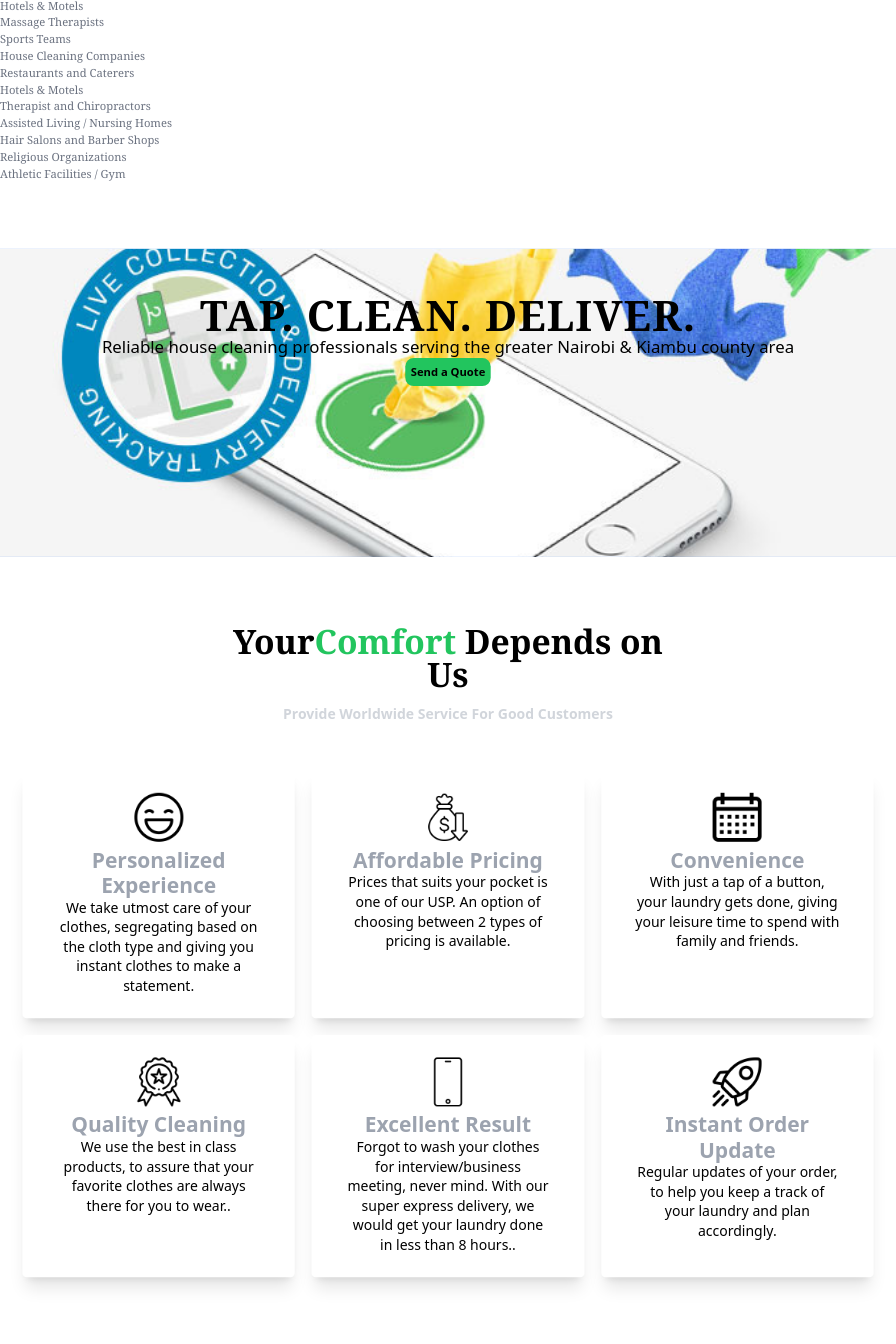
Repository: remydev47/smartlaundry
Page: /
These files come from the project's save history. The page is drawn as it stood at one moment and after the next save; the edit follows.
The browser window is 1280 px wide. The pictures show the part of the page from y = 4002 to 5922 px (the page is 5922 px tall), at 70% of full size.
The project was rebuilt for these pictures with package versions that can differ from the ones it lists, and the page was loaded fresh each time. The framework's server and built-in components were replaced by stand-ins that run in the browser. Also part of the build but not shown: next.config.js, components/Prices.tsx, components/Testimonial.tsx, components/Pricing.tsx, components/Footer.tsx.

Above is the page before, as saved 2022-10-24 16:49:40.

### pages/_app.tsx
import '../styles/globals.css'
import type { AppProps } from 'next/app'
import Header from '../components/Header'
import Logo from '../components/Logo'

function MyApp({ Component, pageProps }: AppProps) {
  return (
    <>

     <Header />
     <Component {...pageProps} />
    </>
  )
}

export default MyApp

### pages/index.tsx
import type { NextPage } from 'next'
import Head from 'next/head'
import Image from 'next/image'
import { Banner, Commercial, Hero, Reasons, Services, Steps } from '../components'

const Home: NextPage = () => {
  return (
    <div>
      <Head>
        <title>Smart Laundry</title>
        <link rel="icon" href="/favicon.ico" />
      </Head>
      <Hero />
      <Services />
      <Steps />
      <Commercial />
      <Banner/>
      <Reasons />

    </div>
  )
}

export default Home

### components/Header.tsx
import React from 'react';
import { navLinks } from '../constants';
import Menupopover from './Menupopover';
import Image from 'next/image';
import Logo from './Logo';

const Header = () => {
  return (
    <header className="fixed inset-x-0 bg-[#4054B2] z-20 flex justify-between items-center py-2 px-2 shadow-lg dark:bg-slate-900 sm:py-3 sm:px-8">
            <div className='flex grow-0 basis-1/3 md:hidden'>
                <Menupopover />
            </div>

             <div className='flex grow-0 justify-center md:justify-start'>
                <Logo />

            </div>


            <ul className="list-none sm:flex hidden justify-center items-center flex-1">
            {navLinks.map((nav, index) => (
                <li
                key={nav.id}
                className={`font-serif font-bold cursor-pointer text-[16px]
                   ${index === navLinks.length - 1 ? 'mr-0' : 'mr-10'}
                  text-white `}
                >
                    <a>{nav.title}</a>
                </li>
            ))}
           </ul>

        </header>
  )
}

export default Header

### components/index.ts
import Hero from "./Hero";
import Services from "./Services";
import Steps from "./Steps";
import Commercial from "./Commercial";
import Prices from "./Prices";
import Banner from "./Banner";
import Reasons from "./Reasons";
import Testimonial from "./Testimonial";
import Pricing from "./Pricing";
import Footer from "./Footer";

export{
    Hero, Services, Steps, Commercial, Prices, Banner, Reasons, Testimonial, Pricing, Footer
}

### constants/index.ts
export const navLinks =[
    {
        id:"home",
        title:"HOME",
    },
    {
        id:"about",
        title:"ABOUT",
    },
    {
        id:"services",
        title:"SERVICES",
    },
    {
        id:"blog",
        title:"BLOG",
    },
    {
        id:"order online",
        title:"ORDER ONLINE",
    },
    {
        id:"contacts",
        title:"CONTACTS",
    },
]

### components/Menupopover.tsx
import React, {useState, Fragment} from 'react';
import { navLinks } from '../constants';
import { IconButton, Button } from './Button';
import { Transition, Dialog } from '@headlessui/react';
import Logo from './Logo';
import Image from 'next/image';

const Menupopover = () => {
  const [isOpen, setIsOpen] = useState(false)

  return (
    <div>
    <IconButton
      variant='ghost'
      aria-label='menu'
      onClick={() => setIsOpen(!isOpen)}
    >
      <svg className='h-6 w-6 ' fill='none' stroke='currentColor'>
        <path
          strokeLinecap='round'
          strokeLinejoin='round'
          strokeWidth={2}
          d='M4 6h16M4 12h16M4 18h16'
        />
      </svg>
    </IconButton>
    <Transition
      show={isOpen}
      appear
      as={Fragment}
      enter='transform transition ease-in-out duration-300'
      enterFrom='-translate-x-full'
      enterTo='translate-x-0'
      leave='transform transition ease-in-out duration-300 delay-200'
      leaveFrom='translate-x-0'
      leaveTo='-translate-x-full'
     >
     <Dialog
       as='div'
       className={`fixed inset-0 z-50`}
       onClose={setIsOpen}
       open={isOpen}
       >
       <Transition.Child
         as={Fragment}
         enter='ease-out duration-300 delay-300'
         enterFrom='opacity-0'
         enterTo='opacity-100'
         leave='ease-in duration-200'
         leaveFrom='opacity-100'
         leaveTo='opacity-0'
       >

        <Dialog.Overlay
          className={`fixed inset-0 bg-black/20 backdrop-blur-sm dark:bg-gray-900/80`}
         />
      </Transition.Child>
       <div className={styles.dialogcontainer}>
        <a className='mx-auto mt-4 flex w-[140px] '>
          <Logo />
        </a>
        <ul
            className={styles.navWrapper2}
         >
            {navLinks.map((nav, index) => (
                <li
                 key={nav.id}
                 className={`font-serif font-bold cursor-pointer text-[16px]
                  mt-2 border-t border-slate-200 py-4 dark:border-slate-600
                  ${index === navLinks.length - 1 ? 'mr-0' : 'mb-4'}
                  text-white `}
                >
                 <a href={`#${nav.id}`}>
                    {nav.title}
                 </a>
                </li>
             ))}
         </ul>

        <IconButton
          variant='ghost'
          aria-label='close menu'
          className='absolute top-5 right-5'
          onClick={() => setIsOpen(false)}
        >
          <svg
            viewBox='0 0 10 10'
            className='h-2.5 w-2.5 overflow-visible'
            aria-hidden='true'
          >
            <path
                d='M0 0L10 10M10 0L0 10'
                fill='none'
                stroke='currentColor'
                strokeWidth='2'
                strokeLinecap='round'
              />
          </svg>
        </IconButton>
       </div>
     </Dialog>
    </Transition>
  </div>
  )
}

export default Menupopover;

const styles ={
  dialogcontainer:`fixed top-0 bottom-0 left-0 w-full max-w-xs rounded-r-xl bg-[#4054B2] p-6 shadow-lg dark:bg-gray-800`,
  menuitems:`group relative flex h-9 items-center oveflow-hidden rounded-md hover:bg-slate-200/50`,
  navWrapper2:`list-none flex flex-col justify-end items-center flex-1`,
}

### components/Logo.tsx
import React from 'react'
import Image from 'next/image'

const Logo = () => {
  return (
    <div className=''>
      <Image
        src="/images/logo.png"
        alt='cleanu'
        height={60}
        width={150}
      />
    </div>
  )
}

export default Logo

### components/Hero.tsx
import React from 'react'
import Image from 'next/image'

const Hero = () => {
  return (
    <section className='relative pt-48 pb-12 bg-gray-400 xl:pt-60 sm:pb-16 lg:pb-32 xl:pb-48 2xl:pb-56'>
        <Image
           src='/images/hero1.jpg'
           layout='fill'
           objectFit='cover'
         />
     <div className="relative">
 <div className="px-6 mx-auto sm:px-8 lg:px-12 max-w-7xl">
     <div className="w-full lg:w-2/3 xl:w-1/2">
         <h1 className="font-sans text-base font-bold tracking-tight text-black text-opacity-70">Dont let bad services ruin your Day</h1>
         <p className="mt-6 tracking-tighter text-black">
             <span className="font-sans font-normal text-7xl">The road to the</span><br />
             <span className="font-serif italic font-normal text-8xl">perfect Cleaning Services</span>
         </p>
         <p className="mt-12 font-sans text-base font-bold text-black text-opacity-70">Lorem ipsum dolor sit amet, consectetur adipiscing elit. Eu penatibus pellentesque dolor consequat ligula egestas massa gravida. Porttitor venenatis enim praesent.</p>
         <p className="mt-8 font-sans text-xl font-normal text-black">Starting at $9.99/month</p>

         <div className="flex items-center mt-5 space-x-3 sm:space-x-4">
             <a
                 href="#"
                 title=""
                 className="
                     inline-flex
                     items-center
                     justify-center
                     px-5
                     py-2
                     font-sans
                     text-base
                     font-semibold
                     transition-all
                     duration-200
                     border-2 border-transparent
                     rounded-full
                     sm:leading-8
                     bg-green-600
                     sm:text-lg
                     text-white
                     hover:bg-opacity-90
                     focus:outline-none focus:ring-2 focus:ring-offset-2 focus:ring-primary focus:ring-offset-secondary
                 "
                 role="button"
             >
                 ORDER NOW
             </a>


         </div>
     </div>
 </div>
</div>
    </section>
  )
}

export default Hero

### components/Services.tsx
import React from 'react'

const services=[
  {
    image:"/images/plumber.png",
    title:'Alternations & Repairs',
    description:"We have expert seamstresses and tailors on staff to ensure we meet and exceed your fitting requirements"
  },
  {
    image:"",
    title:'Steam Iron',
    description:"Let us pick up your dirty laundry, sort it, stains, wash, dry, fold and deliver back to you in one neat, easy package"
  },
  {
    image:"",
    title:'Shoe Cleaning',
    description:"We use premium products and standardised processes to take care of your shoes and give them refreshed look."
  },
  {
    image:"/images/cleaning.png",
    title:'Laundry Services',
    description:"Let us pick up your dirty laundry, sort it, stains, wash, dry, fold and deliver back to you in one neat, easy package."
  },
  {
    image:"/images/housekeeper.png",
    title:'Dry Cleaning',
    description:"SMU students and local residents love on our reliable dry cleaning services for the fast, accurate, top quality results."
  },
  {
    image:"/images/carpet-cleaner.png",
    title:'Carpet Cleaning',
    description:"To keep carpet at peak performance, we recommend professional deep cleaning your carpet every 12 to 18 months."
  },
]

const Services = () => {
  return (
    <section className="bg-gray-50 sm:py-16 lg:py-24">
    <div className="px-4 mx-auto max-w-7xl sm:px-6 lg:px-8">
     <div className="max-w-2xl mx-auto text-center">
      <h2 className="text-4xl font-bold font-serif leading-tight text-gray-600  lg:text-5xl">Our <span className='text-green-300'>Services...</span></h2>
      <p className="max-w-xl mx-auto mt-4 font-serif text-2xl font-extrabold leading-relaxed text-gray-500">
        Provide Worldwide Service For Good Customers
      </p>
     </div>

     <div className="grid max-w-md grid-cols-1 gap-6 mx-auto mt-8 text-center lg:max-w-full lg:mt-16 lg:grid-cols-3">
      {services.map((item, i) => (
     <div className="overflow-hidden bg-white border-2 border-gray-300 rounded-md">
          <div className="p-8 xl:px-12 flex flex-col items-center justify-center">
             <div>
              <img
               src={item.image}
               className="h-20 w-20"
             />
             </div>
             <h2 className='font-bold font-serif text-3xl text-gray-400 text-center mt-2'>
               {item.title}
             </h2>
             <p className='text-xl font-serif text-black text-center '>
              {item.description}
             </p>
          </div>
     </div>
     ))}
    </div>
</div>
</section>
  )
}

export default Services

### components/Commercial.tsx
import React from 'react'

const offers=[
  {
    id:"Salons & Spas",
    title:"Salons & Spas"
  },
  {
    id:"Automotive Detail and Repair Shop",
    title:"Automotive Detail and Repair Shop"
  },
  {
    id:"Hotels & Motels",
    title:"Hotels & Motels"
  },
  {
    id:"Massage Therapists",
    title:"Massage Therapists"
  },
  {
    id:"Sports Teams",
    title:"Sports Teams"
  },
  {
    id:"House Cleaning Companies",
    title:"House Cleaning Companies"
  },
  {
    id:"Restaurants and Caterers",
    title:"Restaurants and Caterers"
  },
  {
    id:"Hotels & Motels",
    title:"Hotels & Motels"
  },
  {
    id:"Therapist and Chiropractors",
    title:"Therapist and Chiropractors"
  },
  {
    id:"Assisted Living / Nursing Homes",
    title:"Assisted Living / Nursing Homes"
  },
  {
    id:'Hair Salons and Barber Shops',
    title:'Hair Salons and Barber Shops'
  },
  {
    id:'Religious Organizations',
    title:'Religious Organizations'
  },
  {
    id:'Athletic Facilities / Gym',
    title:'Athletic Facilities / Gym'
  },
]

const Commercial = () => {
  return (
    <section className="py-10 bg-[#FFF] sm:py-16 lg:py-24">
      <div className="px-4 mx-auto max-w-7xl sm:px-6 lg:px-8">
      <div className="max-w-2xl mx-auto text-center">
            <h2 className="text-3xl font-serif font-bold leading-tight text-black sm:text-4xl lg:text-5xl">
              COMMERCIAL LAUNDRY SERVICE
            </h2>
            <p className="mt-4 text-base leading-relaxed text-gray-600">
             Large corporations have determined that there is a financial benefit to outsourcing back office work because it saves money. Allowing us to do your laundry is cost effective and will allow you and your employees to focus on your core business. We offer smart solutions to meet your commercial laundry needs. Our pick up and delivery laundry service is fast, convenient, and saves you time and money.
            </p>
            <p className="mt-4 text-base leading-relaxed text-gray-600">
             Laundry isn't your main business, but it is ours and we love it! For more information about our commercial laundry services and pricing and to schedule your first pick up, call us at 1 (800) 123-45-67
            </p>
        </div>
      </div>
      <h2 className='mt-2 text-3xl font-serif text-gray-500 sm:text-4xl'>OUR COMMERCIAL LAUNDRY CLIENTS INCLUDE:</h2>
      <ul className="list-none sm:flex-col justify-center items-center flex-1">
            {offers.map((nav, index) => (
                <li
                key={nav.id}
                className={`font-serif font-normal cursor-pointer text-[16px]
                   ${index === offers.length - 1 ? 'mr-0' : 'mr-10'}
                  text-gray-500 `}
                >
                    <a>{nav.title}</a>
                </li>
            ))}
           </ul>
    </section>
  )
}

export default Commercial

### components/Banner.tsx
import React from 'react'
import Image from 'next/image'

const Banner = () => {
  return (
    <section className='relative h-[400px] w-full  bg-blue-500 sm:h-[55vh] md:h-[440px]'>
      <Image
           src='/images/banner.jpg'
           layout='fill'
           objectFit='cover'
      />
       <div className="absolute inset-0">
        <div className='flex flex-col items-center mx-4 mt-16 text-center '>
                <h1 className={styles.innerbanner}>
                  TAP. CLEAN. DELIVER.
                </h1>
                <span className='text-xl text-black sm:text-2xl'>
                    Reliable house cleaning professionals serving the greater Nairobi & Kiambu county area
                </span>
                <button className='p-2 font-semibold text-black bg-green-500 rounded-xl'>
                    Send a Quote
                </button>
              </div>
        </div>
    </section>
  )
}

const styles ={
  innerbanner:`text-2xl font-bold font-serif uppercase tracking-wide text-black sm:text-4xl md:text-5xl lg:text-6xl`,
}

export default Banner

### components/Reasons.tsx
import React from 'react'
import Image from 'next/image'

const reasons =[
  {
      image:'/images/happy.png',
      title:'Personalized Experience',
      description:'We take utmost care of your clothes, segregating based on the cloth type and giving you instant clothes to make a statement.'
  },
  {
      image:'/images/lowest-price.png',
      title:'Affordable Pricing',
      description:'Prices that suits your pocket is one of our USP. An option of choosing between 2 types of pricing is available.'
  },
  {
      image:'/images/calendar.png',
      title:'Convenience',
      description:'With just a tap of a button, your laundry gets done, giving your leisure time to spend with family and friends.'
  },
  {
      image:'/images/quality.png',
      title:'Quality Cleaning',
      description:'We use the best in class products, to assure that your favorite clothes are always there for you to wear..'
  },
  {
      image:'/images/smartphone.png',
      title:'Excellent Result',
      description:'Forgot to wash your clothes for interview/business meeting, never mind. With our super express delivery, we would get your laundry done in less than 8 hours..'
  },
  {
      image:'/images/shuttle.png',
      title:'Instant Order Update',
      description:'Regular updates of your order, to help you keep a track of your laundry and plan accordingly.'
  }
]

const Reasons = () => {
  return (
    <section className="bg-[#fff] sm:py-16 lg:py-24">
    <div className="px-4 mx-auto max-w-7xl sm:px-6 lg:px-8">
    <div className="max-w-2xl mx-auto text-center">
      <h2 className="text-4xl font-serif font-bold leading-tight text-black  lg:text-5xl">Your<span className='text-green-500'>Comfort</span> Depends on Us</h2>
      <p className="max-w-xl mx-auto mt-4 text-xl font-extrabold leading-relaxed text-gray-300">
        Provide Worldwide Service For Good Customers
      </p>
    </div>

    <div className="grid max-w-md grid-cols-1 gap-6 mx-auto mt-8 text-center lg:max-w-full lg:mt-16 lg:grid-cols-3">
      {reasons.map((item, i) => (
     <div className="overflow-hidden bg-white shadow-xl border-gray-300 rounded-md hover:bg-blue-700">
          <div className="p-8 xl:px-12 flex flex-col items-center justify-center">
             <div>
              <Image
               src={item.image}
               height={70}
               width={70}
               className="text-green-400"
             />
             </div>
             <h2 className='font-bold text-3xl text-gray-400 text-center mt-2'>
               {item.title}
             </h2>
             <p className='text-xl text-black text-center '>
              {item.description}
             </p>
          </div>
     </div>
     ))}
    </div>
</div>
</section>
  )
}

export default Reasons

### components/Button/index.tsx
import React, { forwardRef } from "react";
//import { __DEV__ } from "../../utils/assertions";

type BaseButtonProps = Omit<React.HTMLProps<HTMLButtonElement>, "size">;

/* === Button Element === */

export interface ButtonProps extends BaseButtonProps {
  children: React.ReactNode;
  fullWidth?: boolean;
  className?: string;
  variant?: "solid" | "outline" | "ghost";
  size?: "sm" | "md" | "lg";
  as?: string;
  isExternal?: boolean;
  type?: "button" | "submit" | "reset";
}

export const Button = forwardRef<HTMLButtonElement, ButtonProps>(
  (
    {
      children,
      variant = "solid",
      size = "md",
      fullWidth = false,
      className,
      as = "button",
      isExternal = false,
      ...rest
    },
    ref
  ) => {
    let tempClassNames: string[] = [];

    const sharedClasses = [
      "capitalize",
      "focus:outline-none",
      "focus:ring-2",
      "focus:ring-indigo-400",
      "focus:ring-offset-2",
      "focus:ring-offset-indigo-50",
      "font-semibold",
      "rounded-full",
      "inline-flex",
      "flex-shrink-0",
      "items-center",
      "justify-center",
      "transition-colors",
      "ease-in-out",
      "duration-500",
    ];

    if (fullWidth) sharedClasses.push("w-full");

    // handle variants
    let btnSolid = ["bg-indigo-600", "hover:bg-indigo-700", "text-white"];
    let btnOutline = [
      "dark:text-white",
      "hover:text-indigo-700",
      "hover:dark:text-indigo-700",
      "bg-transparent",
      "hover:bg-indigo-50",
      "border",
      "border-indigo-600",
    ];
    let btnGhost = [
      "bg-transparent",
      "dark:text-white",
      "hover:bg-indigo-50",
      "hover:text-indigo-700",
      "hover:dark:text-indigo-700",
    ];

    if (variant === "solid") {
      tempClassNames = [...sharedClasses, ...btnSolid];
    } else if (variant === "outline") {
      tempClassNames = [...sharedClasses, ...btnOutline];
    } else if (variant === "ghost") {
      tempClassNames = [...sharedClasses, ...btnGhost];
    }

    // handle sizes
    let sizeSm = ["h-8", "px-2", "text-sm"];
    let sizeMd = ["h-10", "px-3"];
    let sizeLg = ["h-12", "px-4", "text-lg"];

    if (size === "sm") {
      tempClassNames = [...tempClassNames, ...sizeSm];
    } else if (size === "md") {
      tempClassNames = [...tempClassNames, ...sizeMd];
    } else if (size === "lg") {
      tempClassNames = [...tempClassNames, ...sizeLg];
    }

    let classes = tempClassNames.join(" ");

    let Element = as ? (
      React.createElement(
        as,
        {
          className: `${classes} ${className}`,
          target: isExternal ? "_blank" : undefined,
          rel: isExternal ? "noopener noreferrer" : undefined,
          ref,
          ...rest,
        },
        children
      )
    ) : (
      <button {...rest} className={`${classes} ${className}`} ref={ref}>
        {children}
      </button>
    );

    return Element;
  }
);

// if (__DEV__) {
//   Button.displayName = "Button";
// }

/* === IconButton Element === */

export interface IconButtonProps extends ButtonProps {
  icon?: React.ReactElement;
  "aria-label": string;
}

export const IconButton = forwardRef<HTMLButtonElement, IconButtonProps>(
  (
    {
      children,
      icon,
      className,
      "aria-label": ariaLabel,
      size = "md",
      ...rest
    },
    ref
  ) => {
    let sharedClasses = ["rounded-full", "!px-0"];

    // handle sizes
    let sizeSm = ["w-8"];
    let sizeMd = ["w-10"];
    let sizeLg = ["w-12"];

    if (size === "sm") {
      sharedClasses = [...sharedClasses, ...sizeSm];
    } else if (size === "md") {
      sharedClasses = [...sharedClasses, ...sizeMd];
    } else if (size === "lg") {
      sharedClasses = [...sharedClasses, ...sizeLg];
    }

    /**
     * Passing the icon as prop or children should work
     */
    const element = icon || children;
    const _children = React.isValidElement(element)
      ? React.cloneElement(element as any, {
          "aria-hidden": true,
          focusable: false,
        })
      : null;

    let classes = sharedClasses.join(" ");
    return (
      <Button
        className={`${classes} ${className}`}
        aria-label={ariaLabel}
        size={size}
        {...rest}
        ref={ref}
      >
        {_children}
      </Button>
    );
  }
)

Loaded but not shown: styles/globals.css (common file); tailwind.config.js (common file); components/Steps.tsx (83 lines, source omitted)

After the next save:
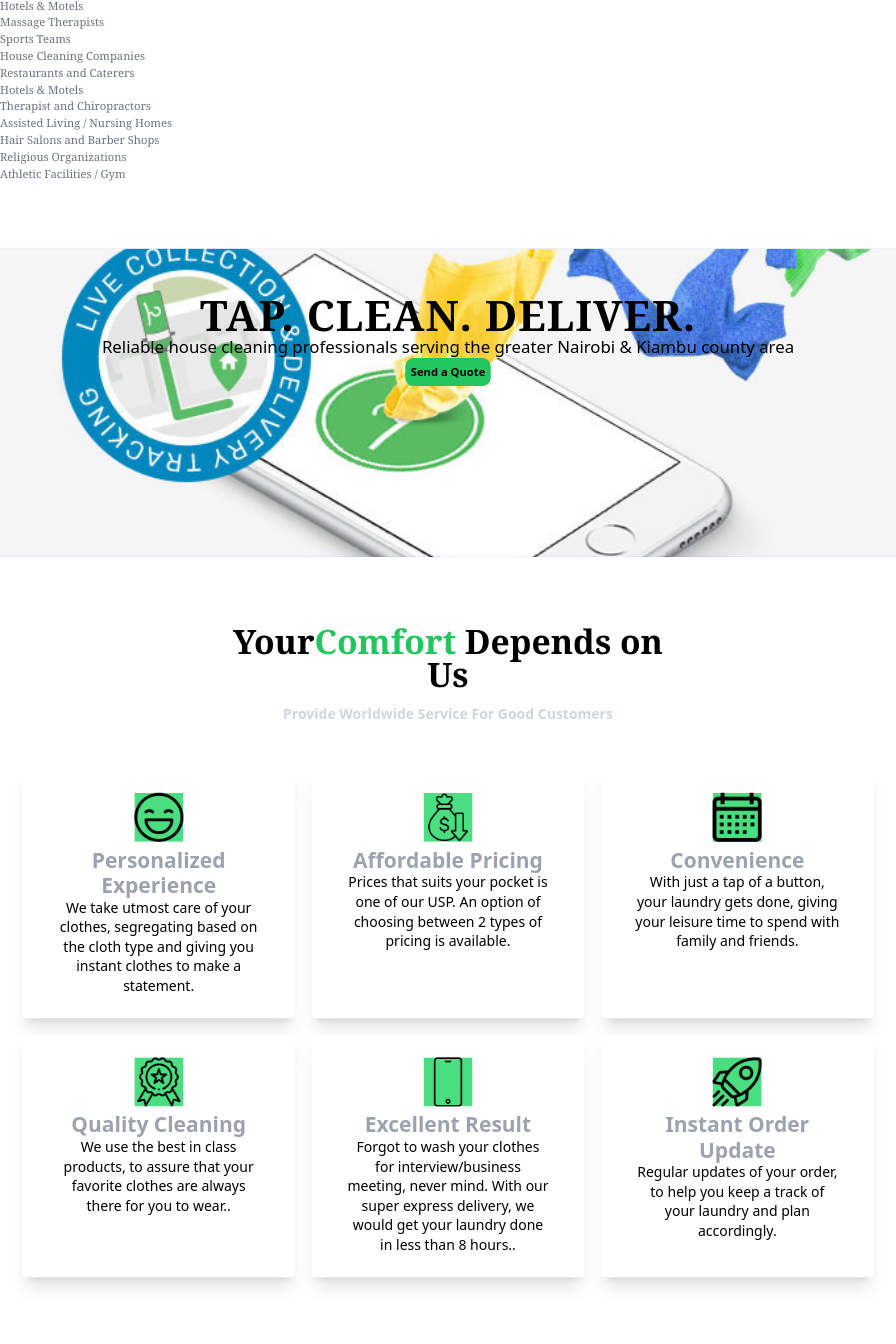
Saved 39 s later.
--- a/components/Reasons.tsx
+++ b/components/Reasons.tsx
@@ -47,14 +47,14 @@ const Reasons = () => {
 
     <div className="grid max-w-md grid-cols-1 gap-6 mx-auto mt-8 text-center lg:max-w-full lg:mt-16 lg:grid-cols-3">
       {reasons.map((item, i) => (
-     <div className="overflow-hidden bg-white shadow-xl border-gray-300 rounded-md hover:bg-blue-700">
+     <div className="overflow-hidden bg-white shadow-xl border-gray-300 rounded-md">
           <div className="p-8 xl:px-12 flex flex-col items-center justify-center">
              <div>
               <Image
                src={item.image}
                height={70}
                width={70}
-               className="text-green-400"
+               className="bg-green-400"
              />
              </div>
              <h2 className='font-bold text-3xl text-gray-400 text-center mt-2'>
